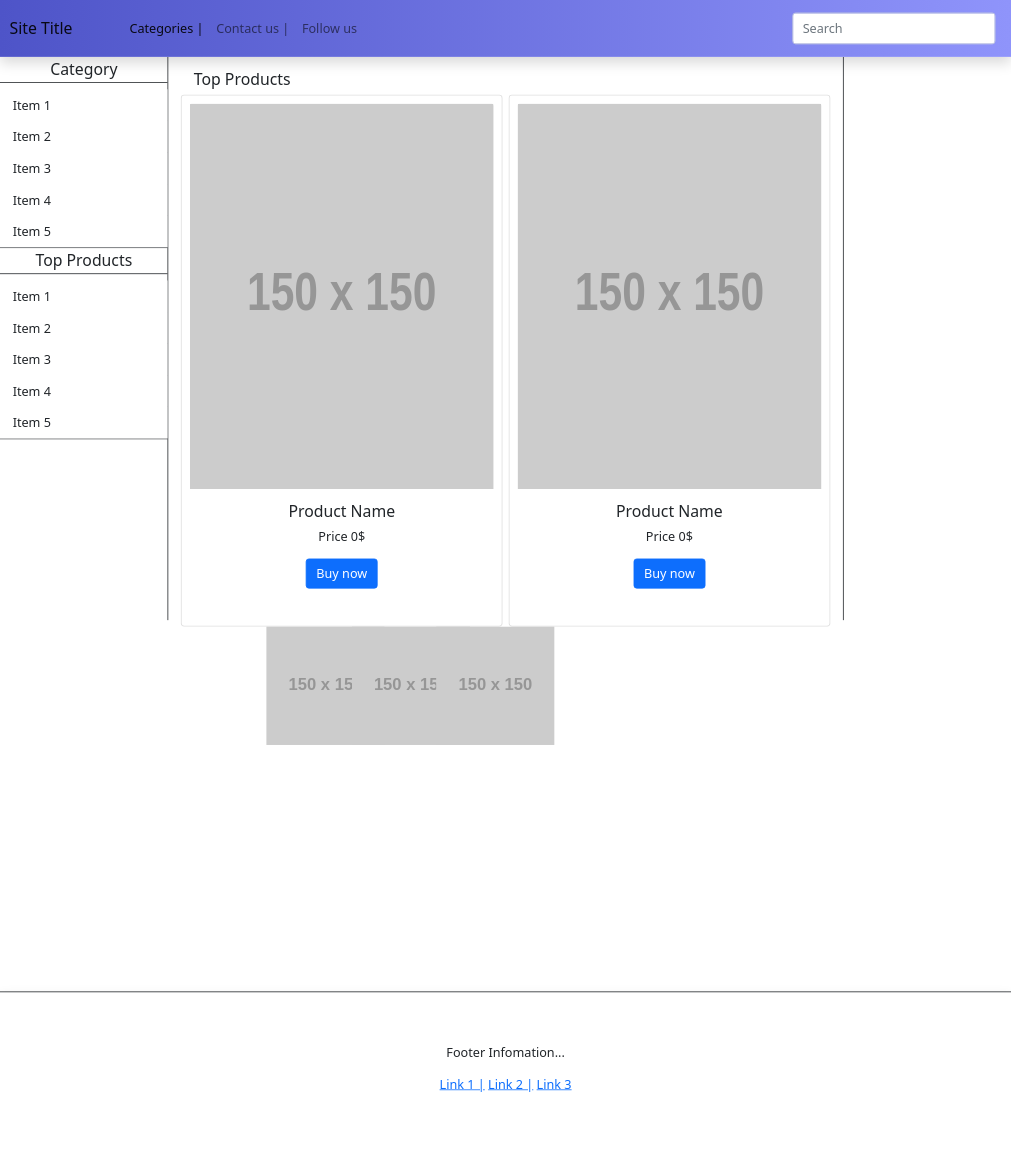
Repository: ttranhhoang/layoutBS
Page: layoutBS2/index.html
An editor plug-in stored every save of this project. The page is shown before and after a run of saves, followed by the edit.
The browser window is 1280 px wide. The pictures show the whole page, at 79% of full size.

Above is the page before, as saved 2022-04-24 23:21:56.

### layoutBS2/index.html
<!DOCTYPE html>
<html lang="en">
  <head>
    <meta charset="UTF-8" />
    <meta http-equiv="X-UA-Compatible" content="IE=edge" />
    <meta name="viewport" content="width=device-width, initial-scale=1.0" />
    <title>Layout BS</title>
    <link
      href="https://cdn.jsdelivr.net/npm/bootstrap@5.1.3/dist/css/bootstrap.min.css"
      rel="stylesheet"
      integrity="sha384-1BmE4kWBq78iYhFldvKuhfTAU6auU8tT94WrHftjDbrCEXSU1oBoqyl2QvZ6jIW3"
      crossorigin="anonymous"
    />
    <link rel="stylesheet" href="index.css" />
  </head>
  <body>
    <header class="header">
      <nav class="navbar navbar-expand-lg fixed-top shadow navbar-light">
        <div class="container-fluid">
          <a class="navbar-brand" href="#">Site Title</a>
          <button
            class="navbar-toggler"
            type="button"
            data-bs-toggle="offcanvas"
            data-bs-target="#navbarOffcanvasLg"
            aria-controls="navbarOffcanvasLg"
            aria-expanded="false"
            aria-label="Toggle navigation"
          >
            <span class="navbar-toggler-icon"></span>
          </button>

          <div
            class="offcanvas offcanvas-end"
            tabindex="-1"
            id="navbarOffcanvasLg"
            aria-labelledby="navbarOffcanvasLgLabel"
          >
            <div class="offcanvas-header">
              <h5 class="offcanvas-title" id="offcanvasNavbarLabel">
                Responsive
              </h5>
              <button
                type="button"
                class="btn-close text-reset"
                data-bs-dismiss="offcanvas"
                aria-label="Close"
              ></button>
            </div>
            <div class="offcanvas-body">
              <ul
                class="navbar-nav justify-content-start flex-grow-1 pe-3 ms-5"
              >
                <li class="nav-item">
                  <a class="nav-link active" aria-current="page" href="#"
                    >Categories |</a
                  >
                </li>
                <li class="nav-item">
                  <a class="nav-link" href="#">Contact us |</a>
                </li>
                <li class="nav-item">
                  <a class="nav-link" href="#">Follow us</a>
                </li>
              </ul>
              <form class="d-flex">
                <input
                  class="form-control me-2"
                  type="search"
                  placeholder="Search"
                  aria-label="Search"
                />
              </form>
            </div>
          </div>
        </div>
      </nav>
    </header>

    <div class="main">
      <div class="row g-0">
        <div class="col-md-2 col-3 text-center border-1 border-end border-dark">
          <h5 class="text-center text p-1 border-bottom border-1 border-dark">
            Category
          </h5>
          <ul
            class="list-group list-group-flush text-start border-bottom border-dark"
          >
            <li class="list-group-item border-0">Item 1</li>
            <li class="list-group-item border-0">Item 2</li>
            <li class="list-group-item border-0">Item 3</li>
            <li class="list-group-item border-0">Item 4</li>
            <li class="list-group-item border-0">Item 5</li>
          </ul>

          <h5 class="text-center text p-1 border-bottom border-1 border-dark">
            Top Products
          </h5>
          <ul
            class="list-group list-group-flush text-start border-bottom border-dark"
          >
            <li class="list-group-item border-0">Item 1</li>
            <li class="list-group-item border-0">Item 2</li>
            <li class="list-group-item border-0">Item 3</li>
            <li class="list-group-item border-0">Item 4</li>
            <li class="list-group-item border-0">Item 5</li>
          </ul>
        </div>
        <div class="col-md-8 col-9 p-3 text-center position-relative">
          <h5 class="text-start text-dark ps-3">Top Products</h5>
          <div class="row row-cols-1 row-cols-md-2 g-2 h-100">
            <div class="col">
              <div class="card h-100">
                <img
                  src="https://via.placeholder.com/150"
                  class="card-img-top h-75"
                  alt="..."
                />
                <div class="card-body">
                  <h5 class="card-title">Product Name</h5>
                  <p class="card-text">Price 0$</p>
                  <a href="#" class="btn btn-primary">Buy now</a>
                </div>
              </div>
              <div class="row">
                <div class="col-md-3">
                  <div class="card-group"></div>
                </div>
                <div class="col-md-3">
                  <img src="https://via.placeholder.com/150" alt="" />
                </div>
                <div class="col-md-3">
                  <img src="https://via.placeholder.com/150" alt="" />
                </div>
                <div class="col-md-3">
                  <img src="https://via.placeholder.com/150" alt="" />
                </div>
              </div>
            </div>

            <div class="col">
              <div class="card h-100">
                <img
                  src="https://via.placeholder.com/150"
                  class="card-img-top h-75"
                  alt="..."
                />
                <div class="card-body">
                  <h5 class="card-title">Product Name</h5>
                  <p class="card-text">Price 0$</p>
                  <a href="#" class="btn btn-primary">Buy now</a>
                </div>
              </div>
            </div>
          </div>
        </div>

        <div
          class="col-md-2 text-center border-1 border-start border-dark"
        ></div>
      </div>
    </div>

    <footer
      class="footer bg-white shadow align-self-end py-3 px-xl-5 w-100 border-1 border-top border-dark"
    >
      <div class="container-fluid py-5">
        <div class="row h-0 d-flex flex-column">
          <p class="text-center text-capitalize">footer infomation...</p>
          <div class="text-mutted text-center">
            <a class="text-capitalize">Link 1 |</a>
            <a class="text-capitalize">Link 2 |</a>
            <a class="text-capitalize">Link 3</a>
          </div>
        </div>
      </div>
    </footer>

    <script
      src="https://cdn.jsdelivr.net/npm/bootstrap@5.1.3/dist/js/bootstrap.bundle.min.js"
      integrity="sha384-ka7Sk0Gln4gmtz2MlQnikT1wXgYsOg+OMhuP+IlRH9sENBO0LRn5q+8nbTov4+1p"
      crossorigin="anonymous"
    ></script>
  </body>
</html>

### layoutBS2/index.css
*,
*::after,
*::before {
  box-sizing: border-box;
}
/* custom */
button.navbar-toggler:focus {
  box-shadow: none;
}
button[type="button"],
button[type="submit"],
button[class^="btn"]:focus {
  box-shadow: none;
}
button[class*="btn-outline"]:active:focus {
  box-shadow: none;
}

/* styles ui */
body {
  padding-top: 72px;
}
.main {
  height: 100vh;
}
nav.navbar {
  background: #4e54c8; /* fallback for old browsers */
  background: -webkit-linear-gradient(
    to left,
    #8f94fb,
    #4e54c8
  ); /* Chrome 10-25, Safari 5.1-6 */
  background: linear-gradient(
    to left,
    #8f94fb,
    #4e54c8
  ); /* W3C, IE 10+/ Edge, Firefox 16+, Chrome 26+, Opera 12+, Safari 7+ */
}
.navbar {
  padding-top: 1rem;
  padding-bottom: 1rem;
}
.navbar-light .navbar-toggler {
  border: none;
}
div.row {
  height: 100px;
}
.row .col div.card {
  padding: 10px;
}
.bottom {
  bottom: -5em;
}
.right {
  right: 1em;
}
.main {
  height: 1183px;
}

After the next 4 saves:
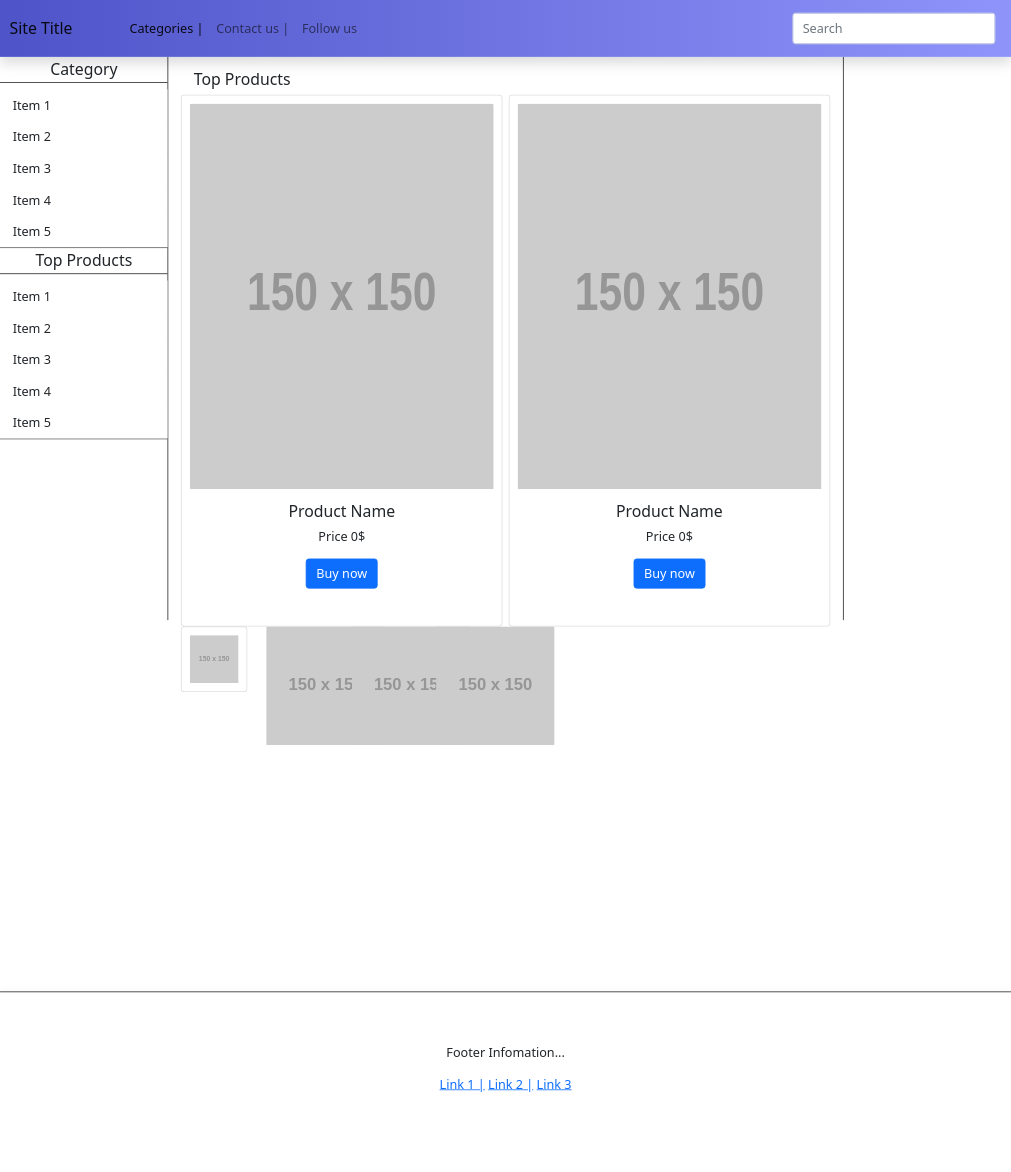
The 4 saves are shown as one change because they came seconds apart.
The last was saved 10 s later.
--- a/layoutBS2/index.html
+++ b/layoutBS2/index.html
@@ -124,7 +124,11 @@
               </div>
               <div class="row">
                 <div class="col-md-3">
-                  <div class="card-group"></div>
+                  <div class="card-group">
+                    <div class="card">
+                      <img src="https://via.placeholder.com/150" alt="" />
+                    </div>
+                  </div>
                 </div>
                 <div class="col-md-3">
                   <img src="https://via.placeholder.com/150" alt="" />
